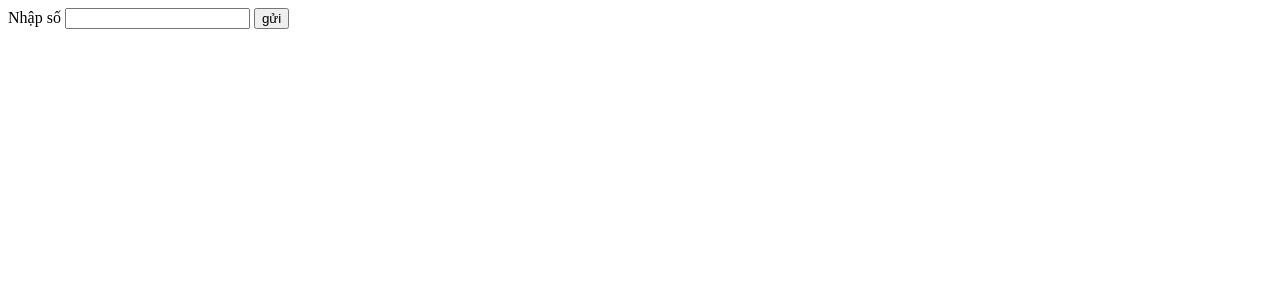
Repository: NguyenNhuDuyHung/mixivivu
Page: http://localhost/web-btl/test.php
The author's editor kept a copy of each file at every save. The page is drawn from the files as they stood at one save, then again after a run of saves.
The browser window is 1280 px wide. The pictures show the whole page.
The page is run by PHP 8.4 with error messages shown; the project is at /var/www/html/.

Above is the page before, as saved 2024-12-05 21:58:14.

### test.php
<!DOCTYPE html>
<html lang="en">
<head>
    <meta charset="UTF-8">
    <meta name="viewport" content="width=device-width, initial-scale=1.0">
    <title>Document</title>
</head>
<body>
    <form action="" method="post">
        <label for="number">Nhập số</label>
        <input type="text">
        <button type="submit">gửi</button>
    </form>

    <?php
    if($_SERVER)
    ?>
</body>
</html>

After the next 2 saves:
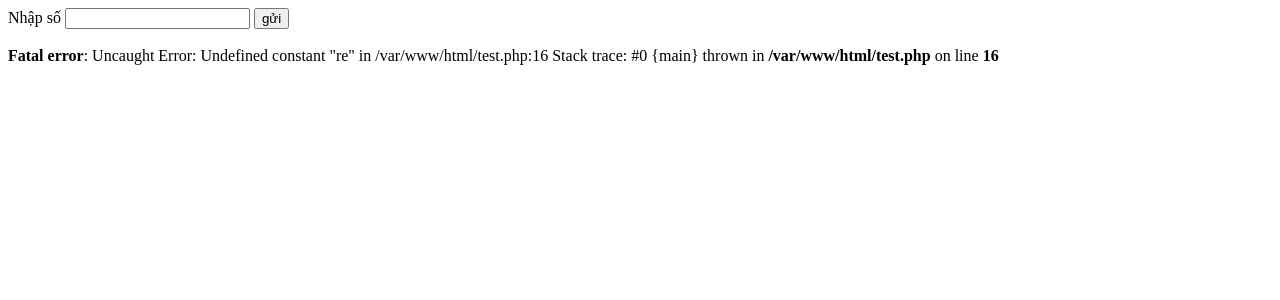
The 2 saves are shown as one change because they came seconds apart.
The last was saved 5 s later.
--- a/test.php
+++ b/test.php
@@ -13,7 +13,7 @@
     </form>
 
     <?php
-    if($_SERVER)
+    if($_SERVER[re])
     ?>
 </body>
 </html>

After the 5 saves that followed:
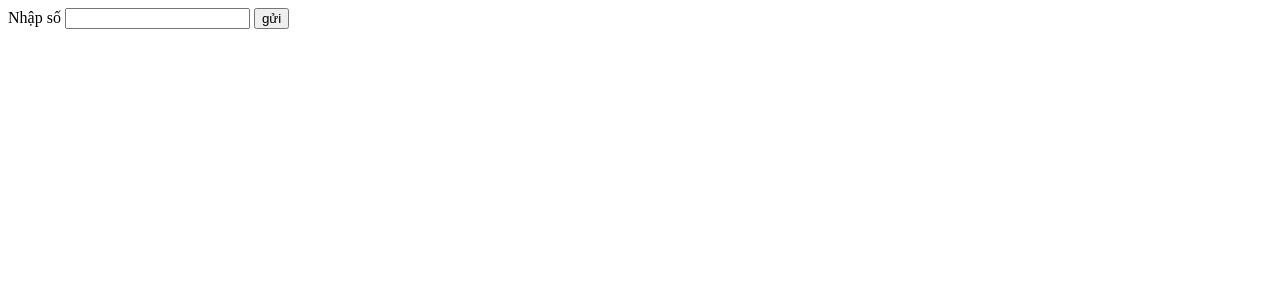
The 5 saves are shown as one change because they came seconds apart.
The last was saved 15 s later.
--- a/test.php
+++ b/test.php
@@ -13,7 +13,10 @@
     </form>
 
     <?php
-    if($_SERVER[re])
+    if($_SERVER['REQUEST_METHOD'] == 'POST') {
+        $number = $_POST['number'];
+        echo $number;
+    }
     ?>
 </body>
 </html>
